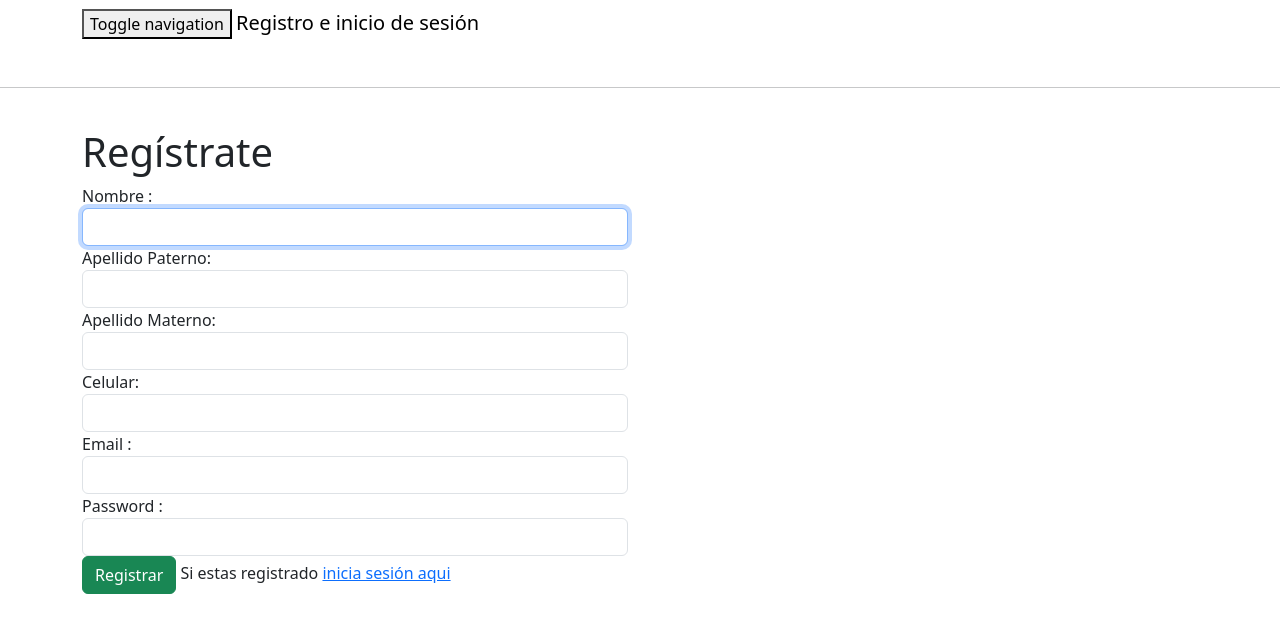
Repository: ronald30rlv/ProyectoLoginSecurityRegistroUsuarios
Page: http://localhost/registro
An editor plug-in stored every save of this project. The page is shown before and after the next save, followed by the edit.
The browser window is 1280 px wide. The pictures show the whole page.
The page is this project's Thymeleaf template; nobody is signed in. The template is opened directly, without the code that normally fills it, so the values that code supplies are empty.

Above is the page before, as saved 2023-05-03 14:54:44.

### ApiRegistroUsuariosSecurity/src/main/resources/templates/registro.html
<!DOCTYPE html>
<html xmlns:th="http://www.thymeleaf.org">
<head>
<meta charset="utf-8">
<link href="https://cdn.jsdelivr.net/npm/bootstrap@5.3.0-alpha3/dist/css/bootstrap.min.css"
	rel="stylesheet" integrity="sha384-KK94CHFLLe+nY2dmCWGMq91rCGa5gtU4mk92HdvYe+M/SXH301p5ILy+dN9+nJOZ"
	crossorigin="anonymous">
<title th:text=${mensaje}></title>
</head>
<body>
	<nav class="navbar navbar-inverse navbar-fixed-top">
		<div class="container">
			<div class="navbar-header">
				<button type="button" class="navbar-toggle collapsed"
					data-toggle="collapse" data-target="#navbar" aria-expanded="false"
					aria-controls="navbar">
					<span class="sr-only">Toggle navigation</span> <span
						class="icon-bar"></span> <span class="icon-bar"></span> <span
						class="icon-bar"></span>
				</button>
				<a class="navbar-brand" href="#" th:href="@{/}">Registro e inicio de sesión</a>
			</div>
		</div>
	</nav>
	<br><hr>
    <br>

	<div class="container">
		<div class="row">
			<div class="col-md-6 col-md-offset-3">
				<div th:if=${param.exito}>
					<div class="alert alert-info">Se ha registrado exitosamente a la aplicación</div>
				</div>

				<h1>Regístrate</h1>
				<form th:action="@{/registro}" method="post" th:object="${usuario}">
					<div class="form-group">
						<label class="control-label" for="nombre">Nombre : </label>
						<input id="nombre" type="text" class="form-control" th:field="*{nombre}" required autofocus="autofocus">
					</div>

					<div class="form-group">
						<label class="control-label" for="apellidoPaterno">Apellido Paterno: </label>
						<input id="apepaterno" type="text" class="form-control" th:field="*{apePaterno}" required autofocus="autofocus">
					</div>

					<div class="form-group">
						<label class="control-label" for="apellidoMaterno">Apellido Materno: </label>
						<input id="apematerno" type="text" class="form-control" th:field="*{apeMaterno}" required autofocus="autofocus">
					</div>

					<div class="form-group">
						<label class="control-label" for="celular">Celular: </label>
						<input id="celular" type="text" class="form-control" th:field="*{celular}" required autofocus="autofocus">
					</div>

					<div class="form-group">
						<label class="control-label" for="email">Email : </label>
						<input id="email" type="email" class="form-control" th:field="*{email}" required autofocus="autofocus">
					</div>

					<div class="form-group">
						<label class="control-label" for="password">Password : </label>
						<input id="password" type="password" class="form-control" th:field="*{password}" required autofocus="autofocus">
					</div>

					<div class="form-group">
						<button type="submit" class="btn btn-success">Registrar</button>
						<span>Si estas registrado <a th:href="@{/login}">inicia sesión aqui</a></span>
					</div>
				</form>
			</div>
		</div>
	</div>

	<script src="https://cdn.jsdelivr.net/npm/bootstrap@5.3.0-alpha3/dist/js/bootstrap.bundle.min.js"
	integrity="sha384-ENjdO4Dr2bkBIFxQpeoTz1HIcje39Wm4jDKdf19U8gI4ddQ3GYNS7NTKfAdVQSZe"
	crossorigin="anonymous"></script>
</body>
</html>

After the next save:
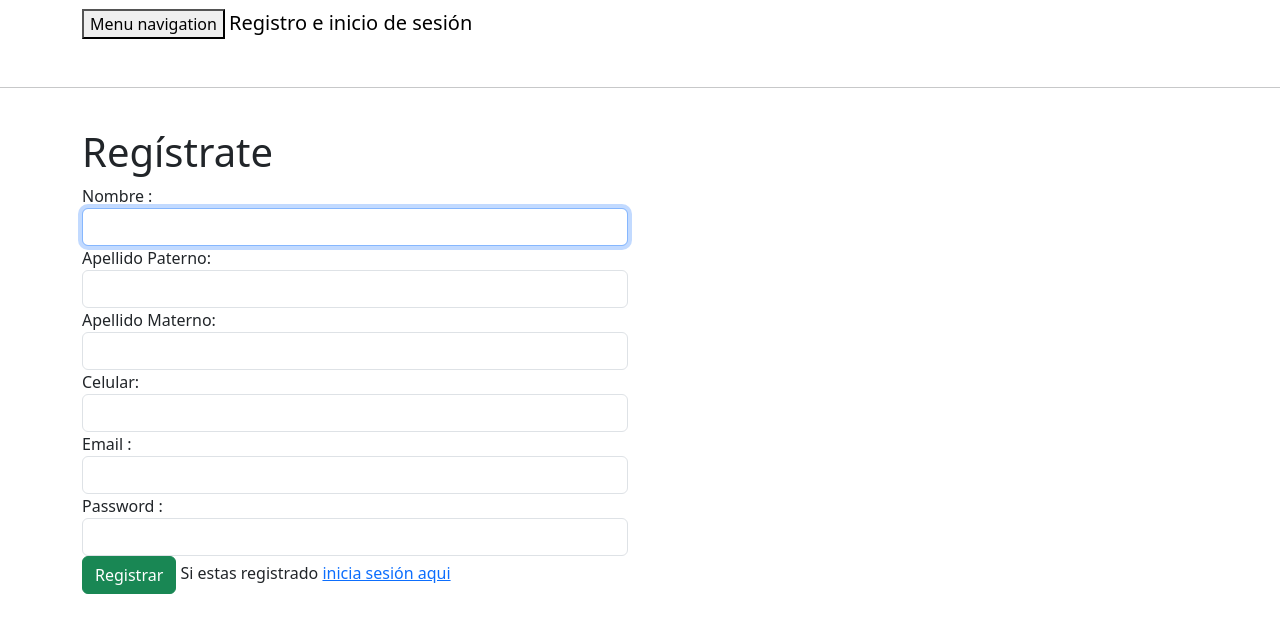
Saved 3 min 53 s later.
--- a/ApiRegistroUsuariosSecurity/src/main/resources/templates/registro.html
+++ b/ApiRegistroUsuariosSecurity/src/main/resources/templates/registro.html
@@ -14,9 +14,9 @@
 				<button type="button" class="navbar-toggle collapsed"
 					data-toggle="collapse" data-target="#navbar" aria-expanded="false"
 					aria-controls="navbar">
-					<span class="sr-only">Toggle navigation</span> <span
-						class="icon-bar"></span> <span class="icon-bar"></span> <span
-						class="icon-bar"></span>
+					<span class="sr-only">Menu navigation</span>
+					<span class="icon-bar"></span> <span class="icon-bar"></span>
+					<span class="icon-bar"></span>
 				</button>
 				<a class="navbar-brand" href="#" th:href="@{/}">Registro e inicio de sesión</a>
 			</div>
